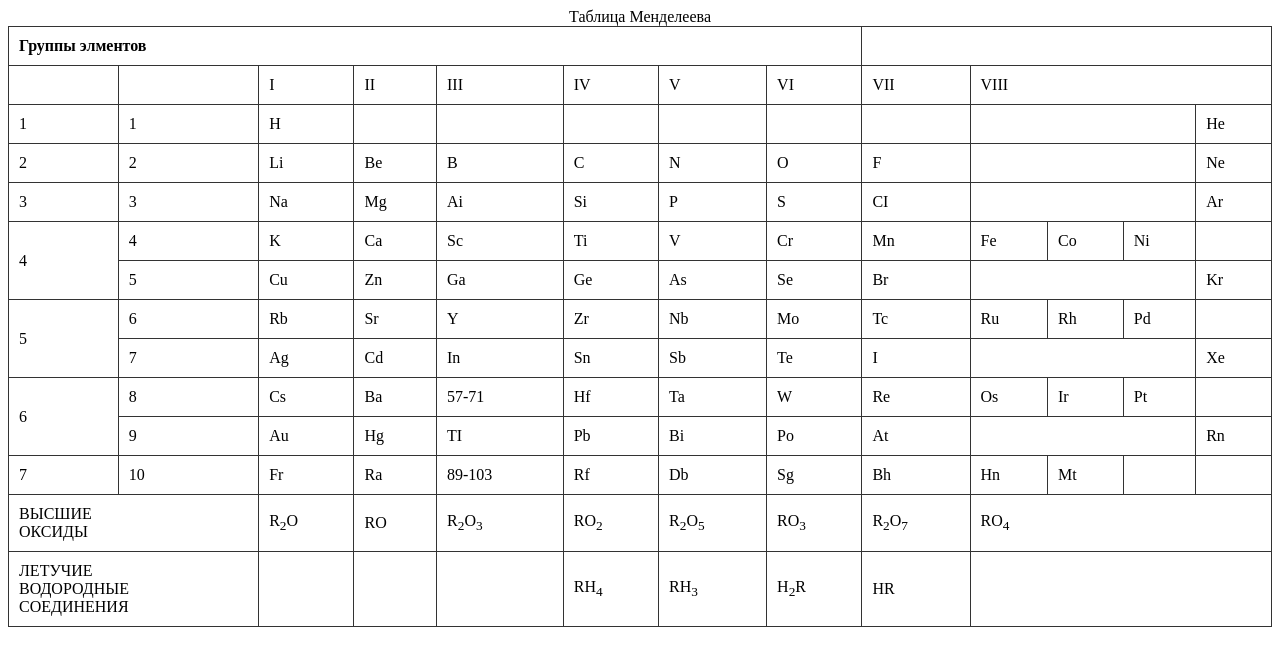
Repository: sannikovcode/exercises-a1
Page: JS/websites/01-periodic table/index.html
These files come from the project's save history. The page is drawn as it stood at one moment and after the next save; the edit follows.
The browser window is 1280 px wide. The pictures show the whole page.

Above is the page before, as saved 2025-10-17 19:31:49.

### JS/websites/01-periodic table/index.html
<!DOCTYPE html>
<html lang="en">

<head>
    <meta charset="UTF-8">
    <meta name="viewport" content="width=device-width, initial-scale=1.0">
    <title>Periodic table</title>
    <link rel="stylesheet" href="styles.css">
</head>

<body>
    <table border="1">
        <caption>Таблица Менделеева</caption>
        <thead>
            <tr>
                <th colspan="8">Группы элментов</th>
            </tr>
        </thead>

        <tbody>
            <tr>
                <td></td>
                <td></td>
                <td>I</td>
                <td>II</td>
                <td>III</td>
                <td>IV</td>
                <td>V</td>
                <td>VI</td>
                <td>VII</td>
                <td colspan="4">VIII</td>
            </tr>
            <tr>
                <td>1</td>
                <td>1</td>
                <td>H</td>
                <td></td>
                <td></td>
                <td></td>
                <td></td>
                <td></td>
                <td></td>
                <td colspan="3"></td>
                <td>He</td>

            </tr>
            <tr>
                <td>2</td>
                <td>2</td>
                <td>Li</td>
                <td>Be</td>
                <td>B</td>
                <td>C</td>
                <td>N</td>
                <td>O</td>
                <td>F</td>
                <td colspan="3"></td>
                <td>Ne</td>


            </tr>
            <tr>
                <td>3</td>
                <td>3</td>
                <td>Na</td>
                <td>Mg</td>
                <td>Ai</td>
                <td>Si</td>
                <td>P</td>
                <td>S</td>
                <td>CI</td>
                <td colspan="3"></td>
                <td>Ar</td>

            </tr>
            <tr>
                <td rowspan="2">4</td>
                <td>4</td>
                <td>K</td>
                <td>Ca</td>
                <td>Sc</td>
                <td>Ti</td>
                <td>V</td>
                <td>Cr</td>
                <td>Mn</td>
                <td>Fe</td>
                <td>Co</td>
                <td>Ni</td>
                <td></td>
            </tr>
            <tr>
                <td>5</td>
                <td>Cu</td>
                <td>Zn</td>
                <td>Ga</td>
                <td>Ge</td>
                <td>As</td>
                <td>Se</td>
                <td>Br</td>
                <td colspan="3"></td>
                <td>Kr</td>
            <tr>
                <td rowspan="2">5</td>
                <td>6</td>
                <td>Rb</td>
                <td>Sr</td>
                <td>Y</td>
                <td>Zr</td>
                <td>Nb</td>
                <td>Mo</td>
                <td>Tc</td>
                <td>Ru</td>
                <td>Rh</td>
                <td>Pd</td>
                <td></td>
            </tr>
            <tr>
                <td>7</td>
                <td>Ag</td>
                <td>Cd</td>
                <td>In</td>
                <td>Sn</td>
                <td>Sb</td>
                <td>Te</td>
                <td>I</td>
                <td colspan="3"></td>
                <td>Xe</td>
            </tr>
            <tr>
                <td rowspan="2">6</td>
                <td>8</td>
                <td>Cs</td>
                <td>Ba</td>
                <td>57-71</td>
                <td>Hf</td>
                <td>Ta</td>
                <td>W</td>
                <td>Re</td>
                <td>Os</td>
                <td>Ir</td>
                <td>Pt</td>
                <td></td>
            </tr>
            <tr>
                <td>9</td>
                <td>Au</td>
                <td>Hg</td>
                <td>TI</td>
                <td>Pb</td>
                <td>Bi</td>
                <td>Po</td>
                <td>At</td>
                <td colspan="3"></td>
                <td>Rn</td>
            </tr>
            <tr>
                <td>7</td>
                <td>10</td>
                <td>Fr</td>
                <td>Ra</td>
                <td>89-103</td>
                <td>Rf</td>
                <td>Db</td>
                <td>Sg</td>
                <td>Bh</td>
                <td>Hn</td>
                <td>Mt</td>
                <td></td>
                <td></td>
            </tr>
            <tr>
                <td colspan="2">ВЫСШИЕ <br>ОКСИДЫ</td>
                <td>R<sub>2</sub>O</td>
                <td>RO</td>
                <td>R<sub>2</sub>O<sub>3</sub></td>
                <td>RO<sub>2</sub></td>
                <td>R<sub>2</sub>O<sub>5</sub></td>
                <td>RO<sub>3</sub></td>
                <td>R<sub>2</sub>O<sub>7</sub></td>
                <td colspan="4">RO<sub>4</sub></td>

            </tr>
            <tr>
                <td colspan="2">ЛЕТУЧИЕ <br>ВОДОРОДНЫЕ <br> СОЕДИНЕНИЯ</td>
                <td></td>
                <td></td>
                <td></td>
                <td>RH<sub>4</sub></td>
                <td>RH<sub>3</sub></td>
                <td>H<sub>2</sub>R</td>
                <td>HR</td>
                <td colspan="4"></td>

            </tr>

        </tbody>
        <tfoot>

        </tfoot>

    </table>




</body>

</html>

### JS/websites/01-periodic table/styles.css
table {
  border-collapse: collapse;
  width: 100%;
}

table, th, td {
  border: 1px solid #333;
}

th, td {
  padding: 10px;
  text-align: left;
}

After the next save:
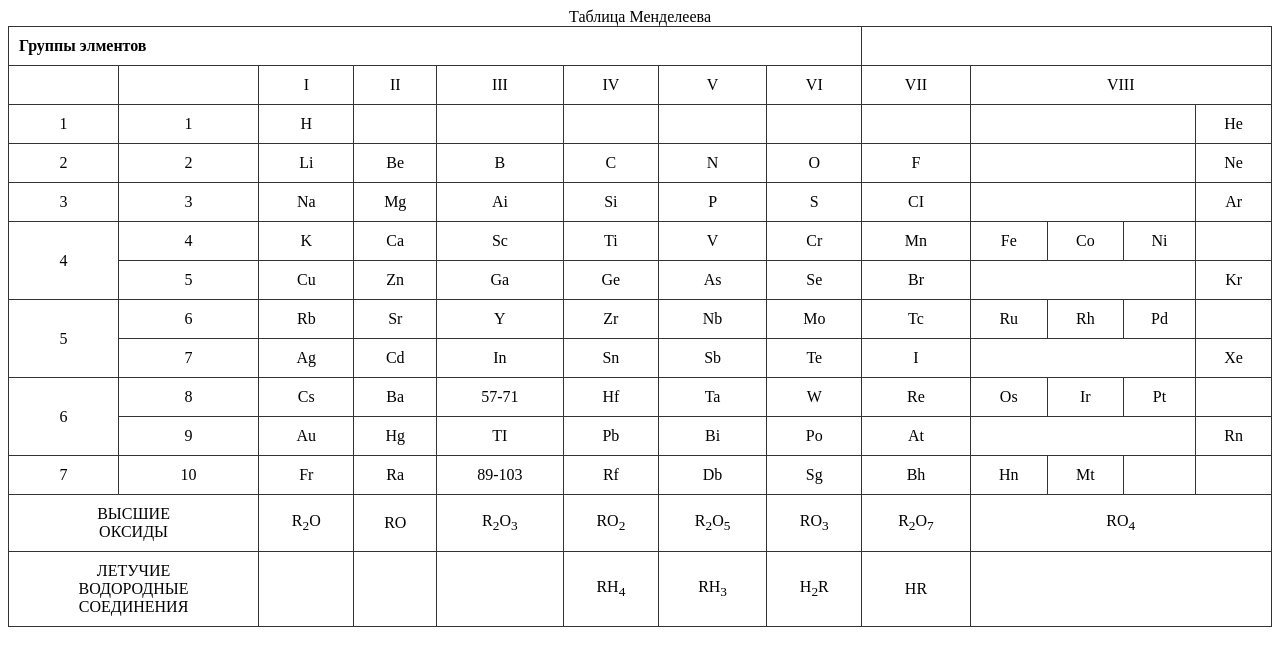
Saved 90 s later.
--- a/JS/websites/01-periodic table/styles.css
+++ b/JS/websites/01-periodic table/styles.css
@@ -11,3 +11,9 @@ th, td {
   padding: 10px;
   text-align: left;
 }
+
+/* fdsfsdafsadfsdafsa */
+td {
+  text-align: center; /* горизонтальное центрирование */
+  vertical-align: middle; /* вертикальное центрирование */
+}
